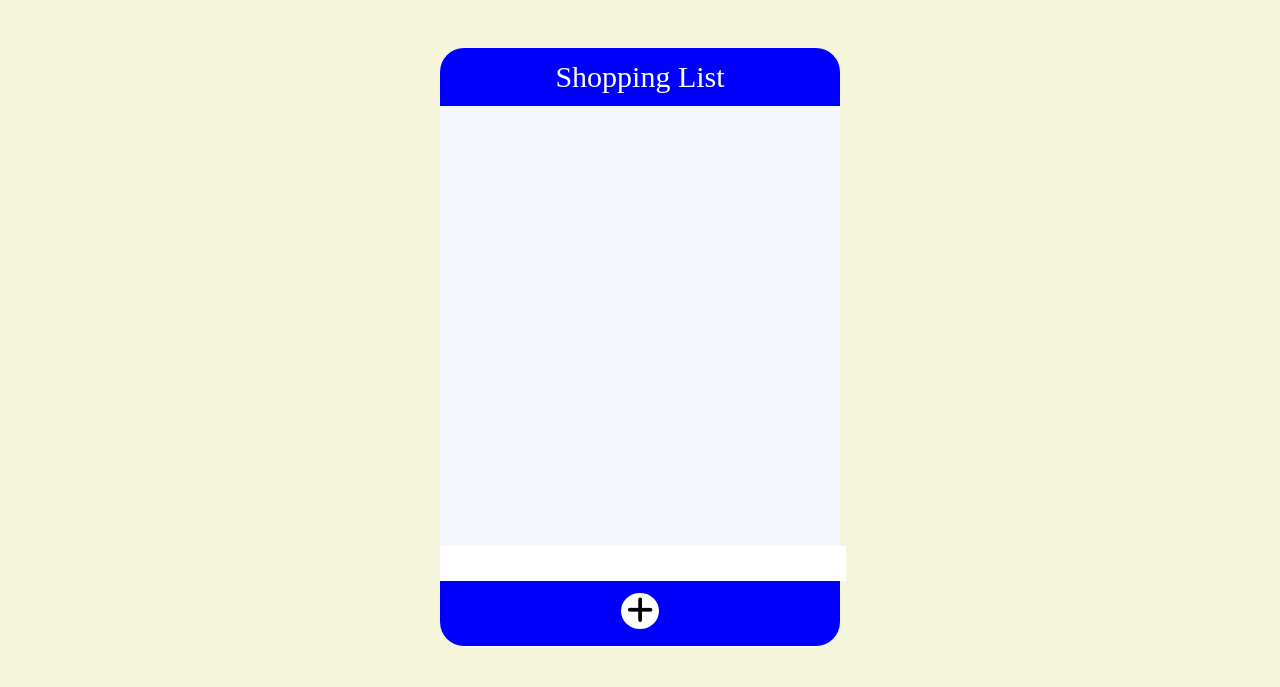
Repository: keehoonjung/Shopping-list
Page: index.html
The author's editor kept a copy of each file at every save. The page is drawn from the files as they stood at one save, then again after the next save.
The browser window is 1280 px wide. The pictures show the whole page.
Some web libraries are served in a nearby version.

Above is the page before, as saved 2021-08-08 11:30:39.

### index.html
<!DOCTYPE html>
<html lang="en">
<head>
    <meta charset="UTF-8">
    <meta http-equiv="X-UA-Compatible" content="IE=edge">
    <meta name="viewport" content="width=device-width, initial-scale=1.0">
    <title>Shopping-list</title>
    <script src="main.js" defer></script>
    <link rel="stylesheet" href="style.css">
    <script src="https://kit.fontawesome.com/a7a8d59961.js" crossorigin="anonymous"></script>
</head>
<body>
    <div class="container">
        <div class="header">
            Shopping List
        </div>
        <section class="main">
            <ul class="main_list">
            </ul>
        </section>
        <input type="text" onkeyup="enterkey()" class="input_text">
        <div class="footer">
            <button class="create__Btn">
                <i class="fas fa-plus"></i>
            </button>
        </div>
    </div>
</body>
</html>

### main.js
"use strict";

const inputText = document.querySelector(".input_text");
const createBtn = document.querySelector(".create__Btn");
const shoppingList = document.querySelector(".main_list");
const deleteBtn = document.querySelector(".delete__Btn");

createBtn.addEventListener("click", (event) => {
  const text = inputText.value;
  const list = document.createElement("li");
  createList(list, text);
});

shoppingList.addEventListener("click", (event) => {
  const target = event.target.parentNode;
  if (target.classList == "delete__Btn") {
    target.parentNode.remove();
  }
});

function enterkey() {
  if (window.event.keyCode == 13) {
    const text = inputText.value;
    const list = document.createElement("li");
    createList(list, text);
  }
}

function createList(list, text) {
  list.innerHTML = `
    <span> ${text} </span>
    <button class="delete__Btn">
        <i class="fas fa-trash-alt"></i>
    </button>`;
  shoppingList.appendChild(list);
  inputText.value = "";
}

### style.css
body {
  background-color: beige;
  text-align: center;
  box-sizing: border-box;
}

li {
  display: flex;
  justify-content: space-between;
  list-style: none;
  width: 100%;
  margin-bottom: 12px;
}

button {
  cursor: pointer;
  border-style: none;
  background-color: transparent;
  font-size: 18px;
}

.container {
  margin: 0;
  display: inline-block;
  background-color: rgb(246, 246, 255);
  height: 600px;
  width: 400px;
  border-radius: 24px;
  transform: translateY(40px);
}

.header {
  background-color: blue;
  font-size: 30px;
  color: white;
  border-top-left-radius: 24px;
  border-top-right-radius: 24px;
  padding: 12px 0;
}

.main {
  height: 420px;
}

.main_list {
  padding: 6px 24px;
  font-size: 20px;
}

.input_text {
  width: 100%;
  border-style: none;
  height: 35px;
  padding: 0;
  padding-left: 6px;
}

.footer {
  background-color: blue;
  height: 65px;
  border-bottom-left-radius: 24px;
  border-bottom-right-radius: 24px;
}

.create__Btn {
  margin-top: 12px;
  font-size: 30px;
  background-color: white;
  border-radius: 50%;
}

After the next save:
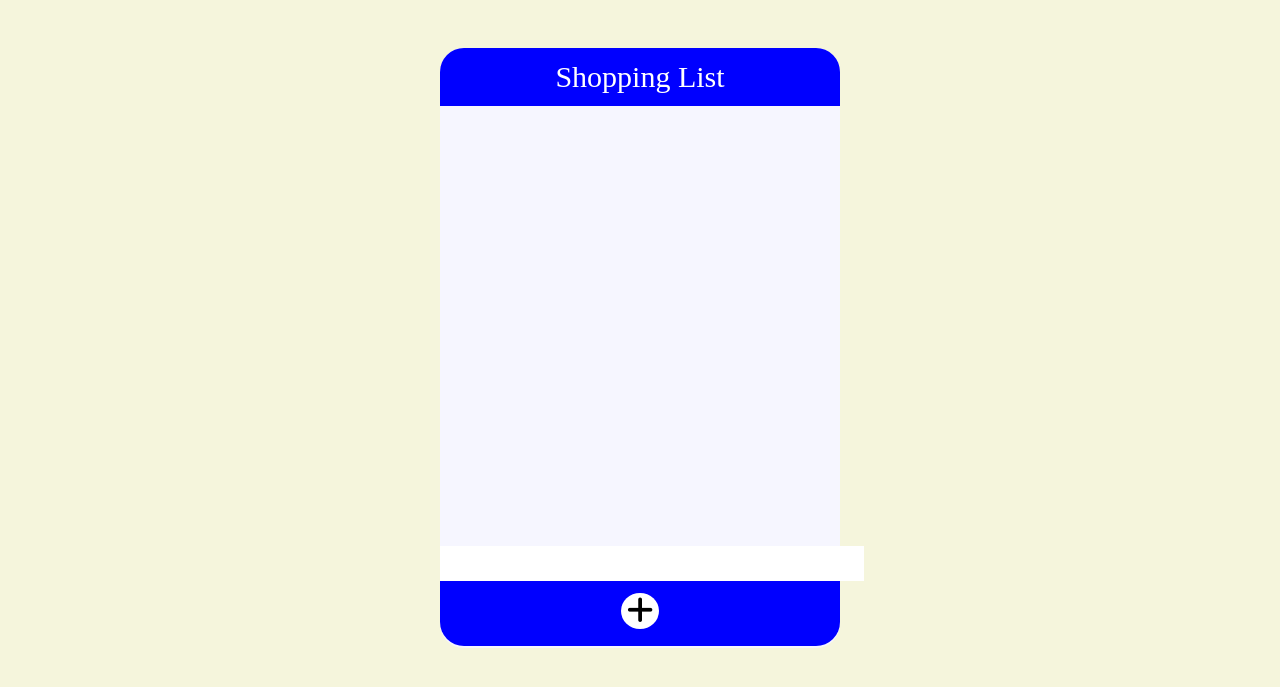
Saved 7 s later.
--- a/style.css
+++ b/style.css
@@ -52,7 +52,7 @@ button {
   border-style: none;
   height: 35px;
   padding: 0;
-  padding-left: 6px;
+  padding-left: 24px;
 }
 
 .footer {
